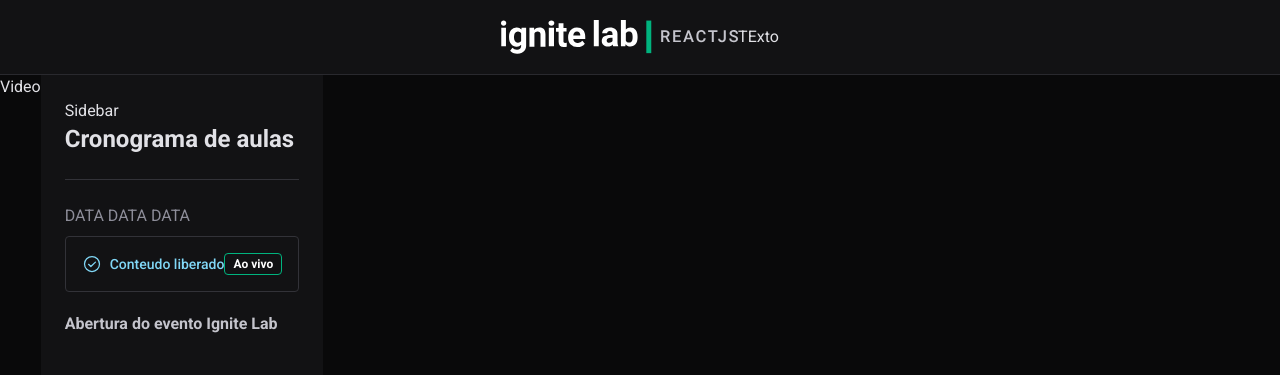
Repository: weltergab/Event_Plataform-IgniteLab
Page: /
The author's editor kept a copy of each file at every save. The page is drawn from the files as they stood at one save, then again after the next save.
The browser window is 1280 px wide. The pictures show the whole page.
The page's requests for data from a server got no answer. The project was rebuilt for these pictures with package versions that can differ from the ones it lists, and the page was loaded fresh each time. No one was signed in, and anything a server would have sent is missing. Also part of the build but not shown: vite.config.ts.

Above is the page before, as saved 2022-06-24 17:03:59.

### index.html
<!DOCTYPE html>
<html lang="en">

<head>
  <meta charset="UTF-8" />
  <link rel="icon" type="image/svg+xml" href="/src/favicon.svg" />
  <meta name="viewport" content="width=device-width, initial-scale=1.0" />

  <link rel="preconnect" href="https://fonts.googleapis.com" />
  <link rel="preconnect" href="https://fonts.gstatic.com" crossorigin />
  <link href="https://fonts.googleapis.com/css2?family=Roboto:wght@400;500;700&display=swap" rel="stylesheet" />

  <title>Event Plataform</title>
</head>

<body>
  <div id="root"></div>
  <script type="module" src="/src/main.tsx"></script>
</body>

</html>

### src/main.tsx
import { ApolloProvider } from '@apollo/client'
import React from 'react'
import ReactDOM from 'react-dom/client'
import App from './App'
import { client } from './lib/apollo';

import './styles/global.css'

ReactDOM.createRoot(document.getElementById('root')!).render(
  <ApolloProvider client={client}>
    <React.StrictMode>
    <App />
    </React.StrictMode>
  </ApolloProvider>

)

### src/App.tsx
import { gql, useQuery } from '@apollo/client'
import { useState } from 'react'

import { Event } from './pages/Event'


const GET_LESSONS_QUERY = gql`
  query {
    lessons {
      id
      title
    }

  }
`




function App() {
  const { data } = useQuery(GET_LESSONS_QUERY)

  console.log(data);





  const [count, setCount] = useState(0)

  return (
    <div className="All">
      <Event />
    </div>

  )
}

export default App

### src/lib/apollo.ts
import { ApolloClient, InMemoryCache } from "@apollo/client";

export const client = new ApolloClient({
    uri: 'https://api-sa-east-1.graphcms.com/v2/cl4pywx0h2kp101xtf4npbpzl/master',
    cache: new InMemoryCache()
})

### src/pages/Event.tsx
import { Header } from "../components/Header";
import { Sidebar } from "../components/Sidebar";
import { Video } from "../components/Video";

export function Event() {
    return (
        <div className="flex flex-col min-h-screen">
            <Header />
            <main className="flex flex-1">
                <Video />
                <Sidebar />
            </main>
        </div>
    )
}

### src/components/Header.tsx
import { Logo } from "./Logo";

export function Header(){
    return (
        <header className="w-full py-5 flex items-center justify-center bg-gray-700 border-b border-gray-600">
            <Logo />
            TExto
        </header>
    )
}

### src/components/Sidebar.tsx
import { Lesson } from "./Lesson";

export function Sidebar() {
    return (
        <aside className="w-[348] bg-gray-700 p-6 border-1 border-gray-600">
            <h1>Sidebar</h1>
            <span className="font-bold text-2xl pb-6 mb-6 border-b border-gray-500 block">
                Cronograma de aulas
            </span>
            <div className="flex flex-col gab-8">
                <Lesson />
            </div>
        </aside>
    )
}

### src/components/Video.tsx
export function Video(){
    return (
        <h1>Video</h1>
    )
}

### src/components/Logo.tsx
export function Logo() {
  return (
    <svg
      xmlns="http://www.w3.org/2000/svg"
      width="237"
      height="34"
      fill="none"
      viewBox="0 0 237 34"
    >
      <path
        fill="#fff"
        d="M.002 3.112a2.49 2.49 0 01.165-.987c.12-.314.304-.595.535-.83A2.906 2.906 0 012.615.572c.698 0 1.374.257 1.912.723.23.24.412.524.536.837a2.701 2.701 0 010 1.979 2.568 2.568 0 01-.536.837 2.889 2.889 0 01-1.907.723 2.901 2.901 0 01-1.908-.723 2.458 2.458 0 01-.538-.84 2.645 2.645 0 01-.172-.996zm4.96 23.146H.273V7.862h4.689v18.397zM8.012 16.973c0-2.853.686-5.145 2.055-6.883a6.653 6.653 0 015.528-2.606 5.869 5.869 0 014.802 2.09l.2-1.751h4.538v17.95a7.891 7.891 0 01-1.12 4.246 7.243 7.243 0 01-3.147 2.752 11.155 11.155 0 01-4.742.94c-1.378 0-2.74-.279-4.008-.812a7.08 7.08 0 01-2.946-2.11l2.208-3.02a5.905 5.905 0 004.543 2.08 4.356 4.356 0 003.104-1.059 3.938 3.938 0 001.103-2.993v-.994a5.775 5.775 0 01-4.555 1.935 6.647 6.647 0 01-3.05-.652 6.615 6.615 0 01-2.408-1.967c-1.397-1.752-2.085-4.089-2.085-6.942v-.21h-.025l.005.006zm4.997.355a6.723 6.723 0 001.026 3.956 3.233 3.233 0 002.799 1.443c.651.045 1.3-.088 1.878-.39a3.52 3.52 0 001.396-1.305v-7.825a3.448 3.448 0 00-1.374-1.305 3.504 3.504 0 00-1.86-.39 3.28 3.28 0 00-1.61.365 3.22 3.22 0 00-1.219 1.103c-.688.975-1.036 2.418-1.036 4.348zM33.098 7.833l.158 2.196a6.527 6.527 0 012.371-1.927 6.38 6.38 0 012.971-.62c1.97 0 3.438.597 4.39 1.79.953 1.194 1.456 2.936 1.486 5.293v12.249h-4.962V14.683a3.367 3.367 0 00-.684-2.344 3.086 3.086 0 00-1.069-.598 3.008 3.008 0 00-1.211-.13 3.349 3.349 0 00-1.821.454c-.553.32-1.01.794-1.313 1.367v13.37H28.45V7.845l4.647-.012zM47.512 3.112a2.304 2.304 0 01.185-.988 2.42 2.42 0 01.59-.831A3.439 3.439 0 0150.404.57c.772 0 1.52.256 2.117.723.508.486.792 1.142.792 1.826 0 .683-.284 1.34-.792 1.826a3.417 3.417 0 01-2.11.723c-.77 0-1.517-.257-2.11-.723a2.47 2.47 0 01-.594-.839 2.342 2.342 0 01-.19-.994h-.005zm5.483 23.149h-5.18V7.86h5.18v18.4zM62.454 3.334v4.612h3.107v3.677h-3.107v9.382c-.05.53.091 1.063.395 1.495a1.824 1.824 0 001.473.45c.476.002.95-.035 1.421-.114v3.803a9.672 9.672 0 01-2.939.449c-3.398 0-5.128-1.775-5.19-5.32V11.644h-2.642V7.968h2.643V3.356h4.841v-.025l-.002.003zM76.487 27.08a9.277 9.277 0 01-6.759-2.55c-1.74-1.699-2.605-3.957-2.605-6.797v-.494a11.295 11.295 0 011.098-5.08 8.141 8.141 0 013.111-3.465 8.72 8.72 0 014.59-1.22c2.577 0 4.62.815 6.098 2.449 1.478 1.633 2.226 3.94 2.226 6.929v2.055h-12.01a4.665 4.665 0 001.473 2.971 4.487 4.487 0 003.111 1.111 5.426 5.426 0 004.548-2.115l2.476 2.781a7.506 7.506 0 01-3.07 2.507 9.81 9.81 0 01-4.287.916v.002zm-.594-15.514a3.127 3.127 0 00-2.428 1.012 5.405 5.405 0 00-1.188 2.912h7.006v-.405a3.749 3.749 0 00-.908-2.608 3.252 3.252 0 00-2.45-.908h-.03l-.002-.003zM97.771 26.259h-4.957V0h4.957V26.26zM112.209 26.259c-.227-.444-.392-.997-.496-1.659-1.196 1.333-2.751 2.002-4.666 2.002-1.811 0-3.314-.523-4.504-1.572-1.191-1.049-1.786-2.372-1.786-3.966 0-1.96.725-3.464 2.179-4.513 1.453-1.049 3.553-1.58 6.3-1.59h2.273v-1.06c0-.854-.22-1.54-.659-2.051-.44-.513-1.131-.77-2.078-.77-.832 0-1.486.2-1.957.6-.474.4-.708.945-.708 1.64h-4.941c0-1.07.331-2.062.992-2.973.662-.91 1.597-1.626 2.804-2.144 1.206-.518 2.564-.778 4.069-.778 2.28 0 4.089.573 5.429 1.718 1.34 1.145 2.009 2.756 2.009 4.83v8.017c.012 1.754.256 3.082.735 3.983v.29h-4.992l-.003-.004zm-4.086-3.435c.728 0 1.402-.163 2.016-.486.614-.326 1.071-.76 1.367-1.308v-3.181h-1.846c-2.472 0-3.79.854-3.948 2.564l-.017.291c0 .614.217 1.123.649 1.523.434.4 1.026.6 1.779.6v-.003zM136.58 17.183c0 2.963-.632 5.273-1.898 6.931-1.265 1.659-3.032 2.488-5.3 2.488-2.006 0-3.608-.77-4.805-2.308l-.222 1.967h-4.444V.001h4.94v9.418c1.14-1.332 2.638-2 4.496-2 2.256 0 4.025.828 5.308 2.487 1.283 1.658 1.923 3.992 1.923 7v.274l.002.003zm-4.94-.358c0-1.868-.296-3.233-.889-4.094-.592-.861-1.475-1.29-2.65-1.29-1.572 0-2.655.643-3.247 1.932v7.299c.604 1.298 1.697 1.95 3.282 1.95 1.584 0 2.643-.788 3.146-2.36.239-.752.358-1.897.358-3.437z"
      ></path>
      <path
        fill="#C4C4CC"
        d="M164.51 17.501h-2.283v4.53h-2.048v-11.78h4.143c1.36 0 2.408.306 3.149.915.74.61 1.108 1.493 1.108 2.648 0 .787-.19 1.449-.57 1.98-.38.532-.911.94-1.59 1.226l2.646 4.906v.106h-2.194l-2.364-4.531h.003zm-2.283-1.65h2.105c.691 0 1.229-.176 1.619-.524.39-.348.582-.824.582-1.429 0-.604-.18-1.12-.538-1.466-.358-.345-.893-.523-1.606-.533h-2.162V15.85zM179.066 16.773h-4.839v3.625h5.656v1.634h-7.704V10.25h7.648v1.65h-5.6v3.253h4.839v1.62zM189.803 19.29h-4.565l-.955 2.744h-2.127l4.452-11.783h1.836l4.459 11.783h-2.137l-.963-2.744zm-3.99-1.65h3.415l-1.707-4.89-1.708 4.89zM204.716 18.197c-.119 1.256-.583 2.238-1.392 2.941-.81.703-1.885 1.056-3.228 1.056-.938 0-1.764-.222-2.48-.668-.715-.445-1.266-1.079-1.656-1.898-.387-.82-.589-1.772-.607-2.858v-1.1c0-1.11.198-2.09.59-2.937.392-.846.96-1.5 1.695-1.96.736-.458 1.587-.688 2.554-.688 1.301 0 2.347.353 3.139 1.057.792.703 1.254 1.7 1.385 2.99h-2.039c-.096-.846-.343-1.458-.74-1.833-.397-.375-.977-.563-1.745-.563-.89 0-1.574.326-2.05.977-.479.652-.721 1.605-.733 2.863v1.044c0 1.273.227 2.245.683 2.917.457.668 1.123 1.004 2.004 1.004.805 0 1.409-.18 1.814-.543.405-.363.661-.962.77-1.804h2.038l-.002.003zM216.481 11.902h-3.674v10.132h-2.031V11.902h-3.642V10.25h9.347v1.65zM222.759 10.251h2.039v8.262c0 1.127-.353 2.023-1.057 2.687-.703.664-1.633.995-2.788.995-1.229 0-2.179-.311-2.848-.93-.669-.62-1.004-1.484-1.004-2.59h2.038c0 .627.156 1.096.467 1.412.31.316.76.474 1.347.474.55 0 .989-.183 1.315-.545.326-.366.489-.867.489-1.51V10.25h.002zM234.952 18.999c0-.518-.183-.918-.545-1.197-.363-.279-1.022-.563-1.972-.849-.95-.286-1.705-.604-2.265-.955-1.074-.674-1.612-1.555-1.612-2.638 0-.95.388-1.732 1.163-2.347.774-.614 1.779-.922 3.015-.922.819 0 1.55.15 2.194.454a3.597 3.597 0 011.513 1.29c.367.558.55 1.177.55 1.858h-2.038c0-.614-.193-1.095-.578-1.443-.385-.348-.938-.524-1.656-.524-.668 0-1.189.144-1.557.43-.37.286-.555.686-.555 1.197 0 .432.2.792.6 1.08.399.29 1.056.57 1.974.842.918.271 1.653.582 2.208.93.556.348.963.748 1.222 1.197.259.452.387.977.387 1.582 0 .982-.375 1.762-1.127 2.342-.753.58-1.775.87-3.063.87a5.755 5.755 0 01-2.352-.473c-.715-.316-1.27-.75-1.668-1.308-.397-.555-.594-1.204-.594-1.942h2.048c0 .669.222 1.187.664 1.555.441.367 1.075.55 1.902.55.713 0 1.246-.143 1.607-.432.357-.288.538-.671.538-1.145l-.003-.002z"
      ></path>
      <path fill="#00B37E" d="M150.271 33.146h-4.958V.57h4.958v32.576z"></path>
    </svg>
  );
}

### src/components/Lesson.tsx
import { CheckCircle } from 'phosphor-react'

export function Lesson() {
    return (
        <a href="#">
            <span className='text-gray-300'>
                DATA DATA DATA
            </span>

            <div className="rounded border border-gray-500 p-4 mt-2">
                <header className="flex items-center justify-between">
                    <span className="text-sm text-blue-500 font-medium flex items-center gap-2">
                        <CheckCircle size={20} />
                        Conteudo liberado
                    </span>
                    <span className="text-xs rounded py-[0.125rem] px-2 text-white border border-green-300 font-bold">
                        Ao vivo
                    </span>
                </header>
            </div>
            <strong className="text-gray-200 mt-5 block">
                Abertura do evento Ignite Lab
            </strong>
        </a>

    )
}

Loaded but not shown: src/styles/global.css (common file); tailwind.config.js (common file)

After the next save:
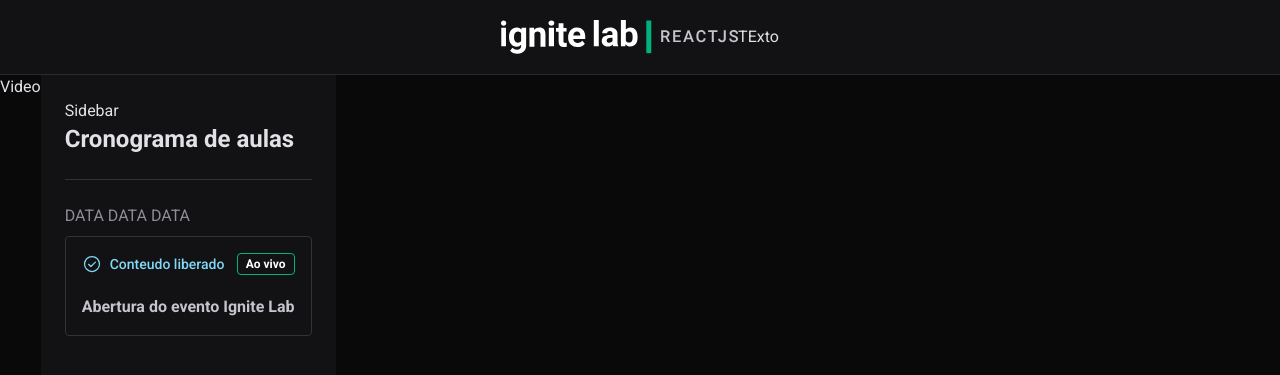
Saved 28 s later.
--- a/src/components/Lesson.tsx
+++ b/src/components/Lesson.tsx
@@ -17,10 +17,10 @@
                         Ao vivo
                     </span>
                 </header>
-            </div>
-            <strong className="text-gray-200 mt-5 block">
+                <strong className="text-gray-200 mt-5 block">
                 Abertura do evento Ignite Lab
             </strong>
+            </div>
         </a>
 
     )
